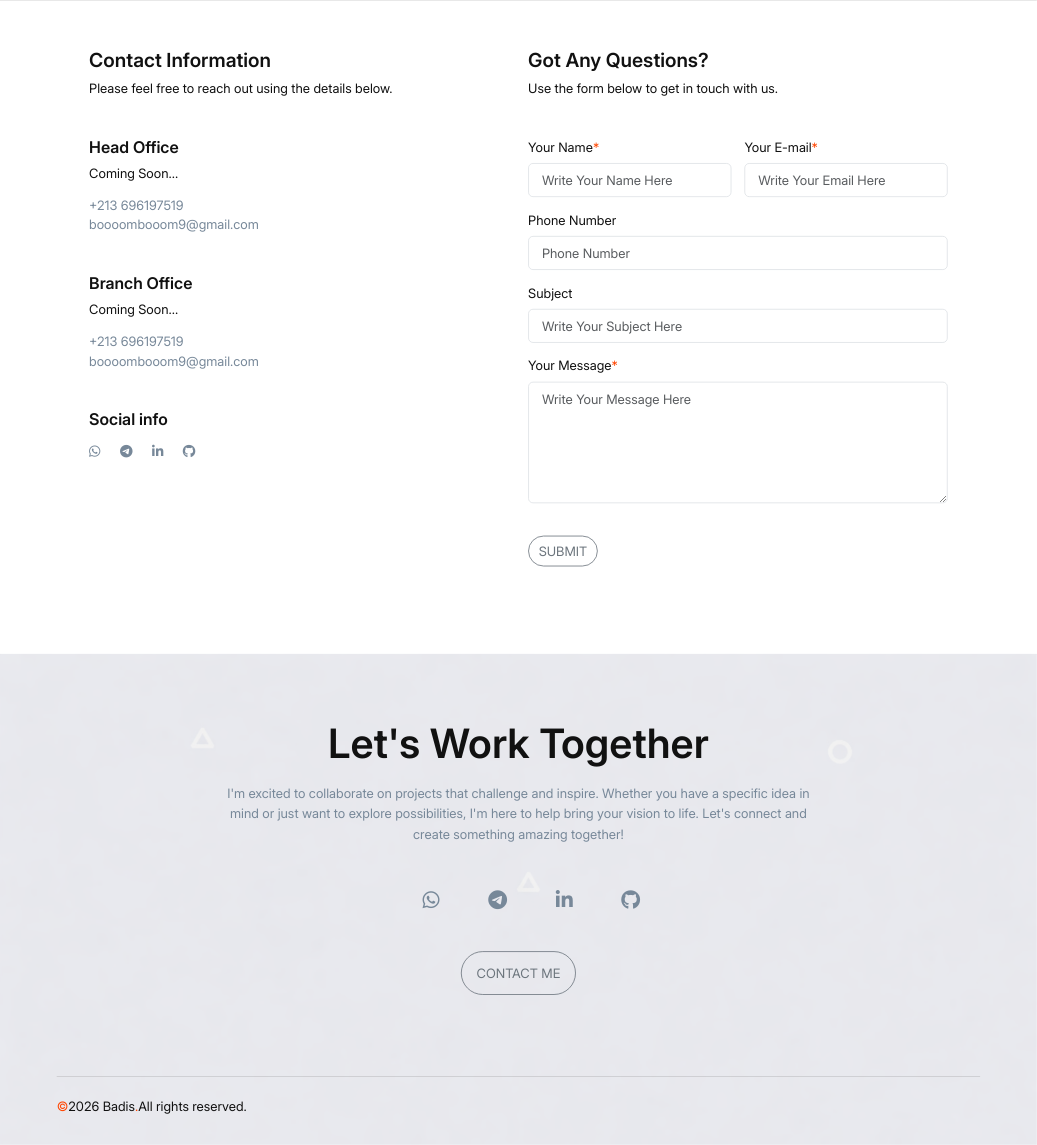
Repository: Badi-77/Portfolio
Page: Contact.html
An editor plug-in stored every save of this project. The page is shown before and after a run of saves, followed by the edit.
The browser window is 1280 px wide. The pictures show the part of the page from y = 504 to 1917 px (the page is 1917 px tall), at 81% of full size.

Above is the page before, as saved 2026-02-17 23:29:31.

### Contact.html
<!DOCTYPE html>
<html lang="en">
<head>
  <meta charset="UTF-8">
  <meta name="viewport" content="width=device-width, initial-scale=1.0">
  <title>Contact</title>
  <!-- google font -->
  <link rel="stylesheet" href="Font/Inter_font/stylesheet.css">
  <link rel="stylesheet" href="Font/Tajawal/stylesheet.css">
  <!-- Font Awesome -->
  <link rel="stylesheet" href="Css/all.min.css">
  <!-- Normalize -->
  <link rel="stylesheet" href="Css/normalize.css">
  <!-- bootstrap -->
  <link rel="stylesheet" href="Bootstrap/bootstrap/css/bootstrap.min.css">
  <!-- web icon -->
  <link rel="icon" href="Img/icon.png">
  <!-- Portfolio CSS -->
  <link rel="stylesheet" href="Css/portfolio.css">
</head>
<body>

<div class="main-content">
  <!-- Navbar -->
  <nav class="navbar navbar-expand-lg">
          <div class="container-fluid">
            <!-- Brand -->
            <a class="navbar-brand" href="#"><h1><span id="logo-B" ><img src="Img/logo-B.png" alt="LOGO"></span>adis<span class="circle"></span></h1></a>

            <!-- Toggler (hamburger icon for mobile) -->
            <button class="navbar-toggler" type="button" data-bs-toggle="collapse" data-bs-target="#navbarNav"
              aria-controls="navbarNav" aria-expanded="false" aria-label="Toggle navigation">
              <span class="navbar-toggler-icon"></span>
            </button>

            <!-- Navbar links -->
            <div class="collapse navbar-collapse" id="navbarNav">
              <ul class="navbar-nav ms-auto">
                <li class="nav-item">
                  <a class="nav-link active" data-key="NavHome" aria-current="page" href="#">Home</a>
                </li>
                <li class="nav-item">
                  <a class="nav-link" data-key="NavAbout" href="#">About</a>
                </li>
                <div class="nav-item dropdown">
                  <a class="nav-link dropdown-toggle" data-bs-toggle="dropdown" role="button" data-key="NavSer" href="#">Services</a>
                  <div class="dropdown-menu m-0">
                    <a href="#" class="dropdown-item" data-key="web">Web Dev</a>
                    <a href="#" class="dropdown-item" data-key="net">Networking</a>
                    <a href="#" class="dropdown-item" data-key="cyber">CyberSecurity</a>
                    <a href="#" class="dropdown-item" data-key="auto">Automation</a>
                  </div>
                </div>
                <li class="nav-item">
                  <a class="nav-link" data-key="cont" href="#">ContactMe</a>
                </li>
                <li class="nav-item">
                  <button id="theme-toggle" class="theme-toggle-btn" aria-label="Toggle dark mode">
                    🌙
                  </button>
                </li>
                <!-- language btn -->
                <li class="nav-item">
                  <button class="switch-lang" id="lang-toggle">🌐 العربية</button>
                </li>
                <!-- language btn -->

                <!-- <li class="nav-item">
                  <a class="nav-link disabled" tabindex="-1" aria-disabled="true">Disabled</a>
                </li> -->
              </ul>
            </div>
          </div>
  </nav>
  <!-- End Navbar -->


  <!-- start hero -->
  <section id="hero">
    <div id="conta" class="row justify-content-center">
      <div class="col-md-12 text-center my-5 pt-5 fade-in-up">
        <div class="section-header text-center">
          <nav class="breadcrumb d-flex justify-content-center">
            <a href="portfolio.html" class="breadcrumb-item">Home</a>
            <span class="breadcrumb-item activ" aria-current="page">Contact</span>
          </nav>
          <h2 class="contact-title display-1 fw-bold">Our Contact</h2>
          <p class="text-center">Got a project in mind? <br> Let’s connect and bring your vision to life.</p>
        </div>
      </div>
    </div>
  </section>
  <!-- end hero -->

  <!-- start form -->
  <section id="contact-info" class="padding-medium pt-0">
    <div class="container">
      <div class="row flex-row-reverse">
        <div class="inquiry-item col-lg-6 mb-5">
          <h4 class="fw-bold">Got Any Questions?</h4>
          <p>Use the form below to get in touch with us.</p>
          <form id="contactForm" action="" method="post" class="form-group contact-form mt-5">
            <div class="form-input col-lg-12 d-flex justify-content-between mb-3">
              <div class="w-100 me-3">
                <label class="mb-2 fs-6 T">
                  Your Name<span style="color: var(--third-color);">*</span>
                </label>
                <input type="text" name="name" placeholder="Write Your Name Here" class="form-control shadow-none w-100 ps-3 py-2" required>
              </div>
              <div class="w-100">
                <label class="mb-2 fs-6 T">Your E-mail<span style="color: var(--third-color);">*</span></label>
                <input type="email" name="email" placeholder="Write Your Email Here" class="form-control shadow-none w-100 ps-3 py-2" required>
              </div>
            </div>
            <div class="col-lg-12 mb-3">
              <label class="mb-2 fs-6">Phone Number</label>
              <input type="number" name="phone" placeholder="Phone Number" class="form-control shadow-none w-100 ps-3 py-2">
            </div>
            <div class="col-lg-12 mb-3">
              <label class="mb-2 fs-6">Subject</label>
              <input type="text" name="subject" placeholder="Write Your Subject Here" class="form-control shadow-none w-100 ps-3 py-2">
            </div>
            <div class="col-lg-12 mb-3">
              <label class="mb-2 fs-6">Your Message<span style="color: var(--third-color);">*</span></label>
              <textarea name="message" placeholder="Write Your Message Here" class="form-control shadow-none w-100 ps-3 py-2" style="height: 150px;" required></textarea>
            </div>
            <div>
              <button class="btn btn-outline-secondary rounded-pill mt-4" type="submit" name="submit">SUBMIT</button>
            </div>
          </form>
        </div>
        <div class="contact-info col-lg-6 mb-5">
          <h4 class="fw-bold">Contact Information</h4>
          <p style="color">Please feel free to reach out using the details below.</p>
          <div class="page-content">
            <div class="col-md-6">
              <div class="content-box my-5">
                <h5 class="element-title fw-bold">Head Office</h5>
                <div class="content-address">
                  <p>Coming Soon...</p>
                </div>
                <div class="contact-number">
                  <a href="#">+213 696197519</a>
                </div>
                <div class="email-adress">
                  <p>
                    <a href="#">boooombooom9@gmail.com</a>
                  </p>
                </div>
              </div>
            </div>
            <div class="col-md-6">
              <div class="content-box my-5">
                <h5 class="element-title fw-bold">Branch Office</h5>
                <div class="content-address">
                  <p>Coming Soon...</p>
                </div>
                <div class="contact-number">
                  <a href="#">+213 696197519</a>
                </div>
                <div class="email-adress">
                  <p>
                    <a href="#">boooombooom9@gmail.com</a>
                  </p>
                </div>
              </div>
            </div>
            <div class="col-md-6">
              <div class="content-box my-5">
                <h5 class="elemnt-title fw-bold">Social info</h5>
                <div class="social-links">
                 <ul class="d-flex gap-4 list-unstyled my-3 links-s">
                    <li><a href="#"><i class="fa-brands fa-whatsapp"></i></a></li>
                    <li><a href="#"><i class="fa-brands fa-telegram-plane"></i></a></li>
                    <li><a href="#"><i class="fa-brands fa-linkedin-in"></i></a></li>
                    <li><a href="#"><i class="fa-brands fa-github"></i></a></li>
                  </ul>
                </div>
              </div>
            </div>
          </div>
        </div>
      </div>
    </div>
  </section>
  <!-- end form -->

  <!-- start footer -->
  <footer>
    <div class="container ">
      <div class="foot-content fade-in-up">
        <div class="foot-text">
          <h2 class="text-center fw-bolder" data-key="FooTitle">Let's Work Together</h2>
          <p class="text-center" data-key="FooSub">
            I'm excited to collaborate on projects that challenge and inspire. Whether you have a specific idea in mind or just want to explore possibilities, I'm here to help bring your vision to life. Let's connect and create something amazing together!
          </p>
        </div>
        <ul>
          <li><a href="#"><i class="fa-brands fa-whatsapp"></i></a></li>
          <li><a href="#"><i class="fa-brands fa-telegram-plane"></i></a></li>
          <li><a href="#"><i class="fa-brands fa-linkedin-in"></i></a></li>
          <li><a href="#"><i class="fa-brands fa-github"></i></a></li>
        </ul>
        <div class="contactMe-btn">
          <a href="#" class="btn btn-outline-secondary rounded-pill mt-4" role="button" id="contbtn">CONTACT ME</a>
        </div>
      </div>
      <div class="copy-right">
          <p class="text-lg-start mt-4"> <span style="color: var(--third-color);">&copy;</span>2026 Badis<span style="color: var(--third-color);">.</span>All rights reserved.</p>
      </div>
    </div>
  </footer>
  <!-- end footer -->
</div>

<script>
  console.log('hello');
</script>



</body>
<!-- Portfolio JS -->
<script src="JS/portfolio.js"></script>
<!-- Bootstrap JS -->
<script src="Bootstrap/bootstrap/js/bootstrap.bundle.min.js"></script>
</html>

### Font/Inter_font/stylesheet.css
@font-face {
    font-family: 'Inter 24pt';
    src: url('Inter24pt-MediumItalic.woff2') format('woff2'),
        url('Inter24pt-MediumItalic.woff') format('woff');
    font-weight: 500;
    font-style: italic;
    font-display: swap;
}

@font-face {
    font-family: 'Inter 24pt';
    src: url('Inter24pt-SemiBold.woff2') format('woff2'),
        url('Inter24pt-SemiBold.woff') format('woff');
    font-weight: 600;
    font-style: normal;
    font-display: swap;
}

@font-face {
    font-family: 'Inter 24pt';
    src: url('Inter24pt-Regular.woff2') format('woff2'),
        url('Inter24pt-Regular.woff') format('woff');
    font-weight: normal;
    font-style: normal;
    font-display: swap;
}

@font-face {
    font-family: 'Inter 24pt';
    src: url('Inter24pt-SemiBoldItalic.woff2') format('woff2'),
        url('Inter24pt-SemiBoldItalic.woff') format('woff');
    font-weight: 600;
    font-style: italic;
    font-display: swap;
}

@font-face {
    font-family: 'Inter 24pt';
    src: url('Inter24pt-ThinItalic.woff2') format('woff2'),
        url('Inter24pt-ThinItalic.woff') format('woff');
    font-weight: 100;
    font-style: italic;
    font-display: swap;
}

@font-face {
    font-family: 'Inter 24pt';
    src: url('Inter24pt-Thin.woff2') format('woff2'),
        url('Inter24pt-Thin.woff') format('woff');
    font-weight: 100;
    font-style: normal;
    font-display: swap;
}

@font-face {
    font-family: 'Inter 28pt';
    src: url('Inter28pt-Black.woff2') format('woff2'),
        url('Inter28pt-Black.woff') format('woff');
    font-weight: 900;
    font-style: normal;
    font-display: swap;
}

@font-face {
    font-family: 'Inter 28pt';
    src: url('Inter28pt-BlackItalic.woff2') format('woff2'),
        url('Inter28pt-BlackItalic.woff') format('woff');
    font-weight: 900;
    font-style: italic;
    font-display: swap;
}

@font-face {
    font-family: 'Inter 28pt';
    src: url('Inter28pt-Bold.woff2') format('woff2'),
        url('Inter28pt-Bold.woff') format('woff');
    font-weight: bold;
    font-style: normal;
    font-display: swap;
}

@font-face {
    font-family: 'Inter 28pt';
    src: url('Inter28pt-BoldItalic.woff2') format('woff2'),
        url('Inter28pt-BoldItalic.woff') format('woff');
    font-weight: bold;
    font-style: italic;
    font-display: swap;
}

@font-face {
    font-family: 'Inter 28pt';
    src: url('Inter28pt-ExtraBold.woff2') format('woff2'),
        url('Inter28pt-ExtraBold.woff') format('woff');
    font-weight: bold;
    font-style: normal;
    font-display: swap;
}

@font-face {
    font-family: 'Inter 28pt';
    src: url('Inter28pt-ExtraBoldItalic.woff2') format('woff2'),
        url('Inter28pt-ExtraBoldItalic.woff') format('woff');
    font-weight: bold;
    font-style: italic;
    font-display: swap;
}

@font-face {
    font-family: 'Inter 28pt';
    src: url('Inter28pt-ExtraLight.woff2') format('woff2'),
        url('Inter28pt-ExtraLight.woff') format('woff');
    font-weight: 200;
    font-style: normal;
    font-display: swap;
}

@font-face {
    font-family: 'Inter 28pt';
    src: url('Inter28pt-ExtraLightItalic.woff2') format('woff2'),
        url('Inter28pt-ExtraLightItalic.woff') format('woff');
    font-weight: 200;
    font-style: italic;
    font-display: swap;
}

@font-face {
    font-family: 'Inter 28pt';
    src: url('Inter28pt-Italic.woff2') format('woff2'),
        url('Inter28pt-Italic.woff') format('woff');
    font-weight: normal;
    font-style: italic;
    font-display: swap;
}

@font-face {
    font-family: 'Inter 28pt';
    src: url('Inter28pt-Light.woff2') format('woff2'),
        url('Inter28pt-Light.woff') format('woff');
    font-weight: 300;
    font-style: normal;
    font-display: swap;
}

@font-face {
    font-family: 'Inter 28pt';
    src: url('Inter28pt-LightItalic.woff2') format('woff2'),
        url('Inter28pt-LightItalic.woff') format('woff');
    font-weight: 300;
    font-style: italic;
    font-display: swap;
}

@font-face {
    font-family: 'Inter 28pt';
    src: url('Inter28pt-Medium.woff2') format('woff2'),
        url('Inter28pt-Medium.woff') format('woff');
    font-weight: 500;
    font-style: normal;
    font-display: swap;
}

@font-face {
    font-family: 'Inter 28pt';
    src: url('Inter28pt-MediumItalic.woff2') format('woff2'),
        url('Inter28pt-MediumItalic.woff') format('woff');
    font-weight: 500;
    font-style: italic;
    font-display: swap;
}

@font-face {
    font-family: 'Inter 28pt';
    src: url('Inter28pt-Regular.woff2') format('woff2'),
        url('Inter28pt-Regular.woff') format('woff');
    font-weight: normal;
    font-style: normal;
    font-display: swap;
}

@font-face {
    font-family: 'Inter 28pt';
    src: url('Inter28pt-SemiBold.woff2') format('woff2'),
        url('Inter28pt-SemiBold.woff') format('woff');
    font-weight: 600;
    font-style: normal;
    font-display: swap;
}

@font-face {
    font-family: 'Inter 28pt';
    src: url('Inter28pt-SemiBoldItalic.woff2') format('woff2'),
        url('Inter28pt-SemiBoldItalic.woff') format('woff');
    font-weight: 600;
    font-style: italic;
    font-display: swap;
}

@font-face {
    font-family: 'Inter 28pt';
    src: url('Inter28pt-ThinItalic.woff2') format('woff2'),
        url('Inter28pt-ThinItalic.woff') format('woff');
    font-weight: 100;
    font-style: italic;
    font-display: swap;
}

@font-face {
    font-family: 'Inter 28pt';
    src: url('Inter28pt-Thin.woff2') format('woff2'),
        url('Inter28pt-Thin.woff') format('woff');
    font-weight: 100;
    font-style: normal;
    font-display: swap;
}

### Font/Tajawal/stylesheet.css
@font-face {
    font-family: 'Tajawal';
    src: url('Tajawal-Black.woff2') format('woff2'),
        url('Tajawal-Black.woff') format('woff');
    font-weight: 900;
    font-style: normal;
    font-display: swap;
}

@font-face {
    font-family: 'Tajawal';
    src: url('Tajawal-ExtraBold.woff2') format('woff2'),
        url('Tajawal-ExtraBold.woff') format('woff');
    font-weight: bold;
    font-style: normal;
    font-display: swap;
}

@font-face {
    font-family: 'Tajawal';
    src: url('Tajawal-Bold.woff2') format('woff2'),
        url('Tajawal-Bold.woff') format('woff');
    font-weight: bold;
    font-style: normal;
    font-display: swap;
}

@font-face {
    font-family: 'Tajawal';
    src: url('Tajawal-ExtraLight.woff2') format('woff2'),
        url('Tajawal-ExtraLight.woff') format('woff');
    font-weight: 200;
    font-style: normal;
    font-display: swap;
}

@font-face {
    font-family: 'Tajawal';
    src: url('Tajawal-Medium.woff2') format('woff2'),
        url('Tajawal-Medium.woff') format('woff');
    font-weight: 500;
    font-style: normal;
    font-display: swap;
}

@font-face {
    font-family: 'Tajawal';
    src: url('Tajawal-Light.woff2') format('woff2'),
        url('Tajawal-Light.woff') format('woff');
    font-weight: 300;
    font-style: normal;
    font-display: swap;
}

@font-face {
    font-family: 'Tajawal';
    src: url('Tajawal-Regular.woff2') format('woff2'),
        url('Tajawal-Regular.woff') format('woff');
    font-weight: normal;
    font-style: normal;
    font-display: swap;
}

Loaded but not shown: Css/all.min.css (library); Css/normalize.css (library); Bootstrap/bootstrap/css/bootstrap.min.css (library); Bootstrap/bootstrap/js/bootstrap.bundle.min.js (library); JS/portfolio.js (358 lines, source omitted); Css/portfolio.css (946 lines, source omitted)

After the next 3 saves:
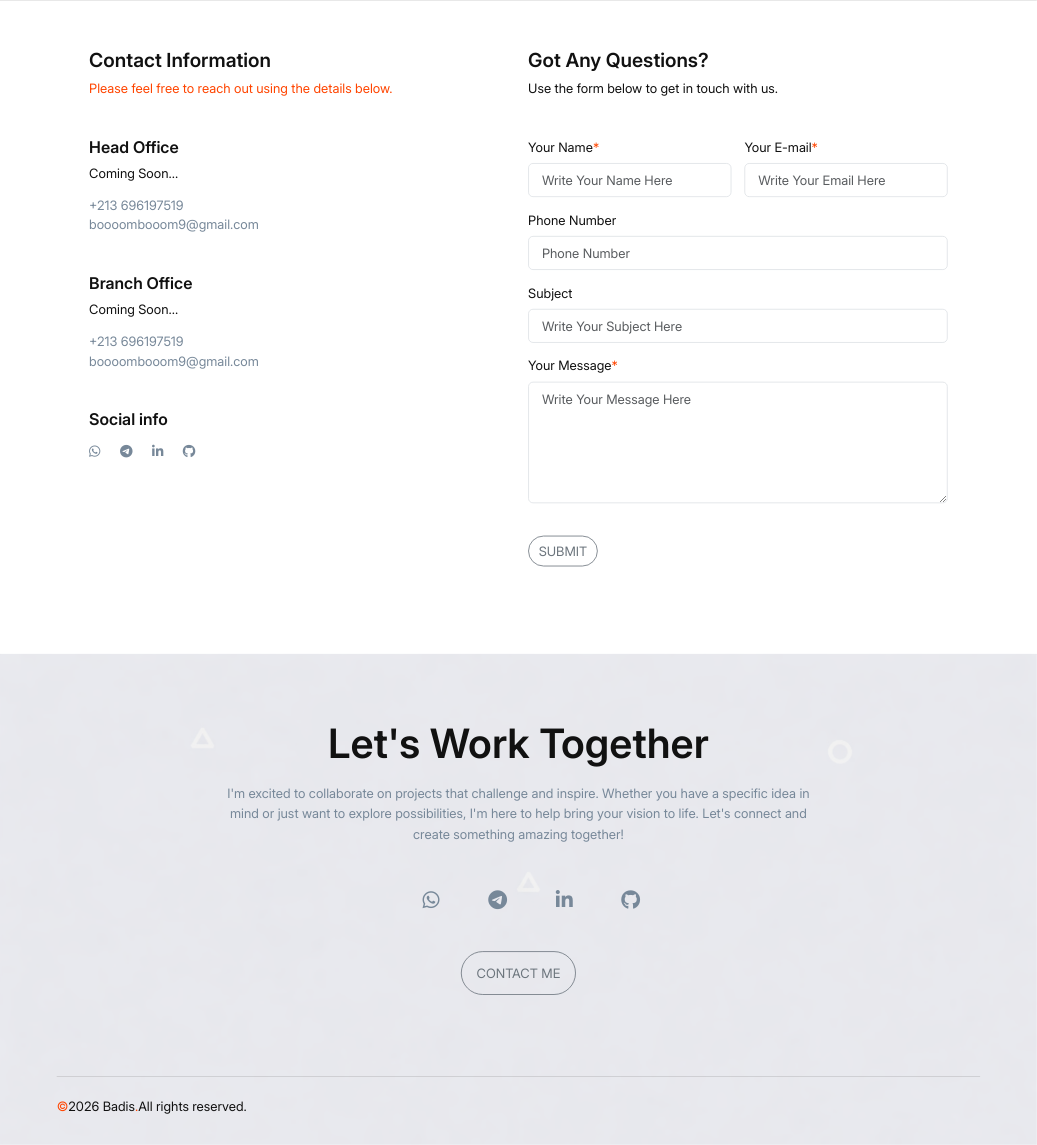
The 3 saves are shown as one change because they came seconds apart.
The last was saved 9 s later.
--- a/Contact.html
+++ b/Contact.html
@@ -131,7 +131,7 @@
         </div>
         <div class="contact-info col-lg-6 mb-5">
           <h4 class="fw-bold">Contact Information</h4>
-          <p style="color">Please feel free to reach out using the details below.</p>
+          <p style="color: var(--third-color);">Please feel free to reach out using the details below.</p>
           <div class="page-content">
             <div class="col-md-6">
               <div class="content-box my-5">

After the 2 saves that followed:
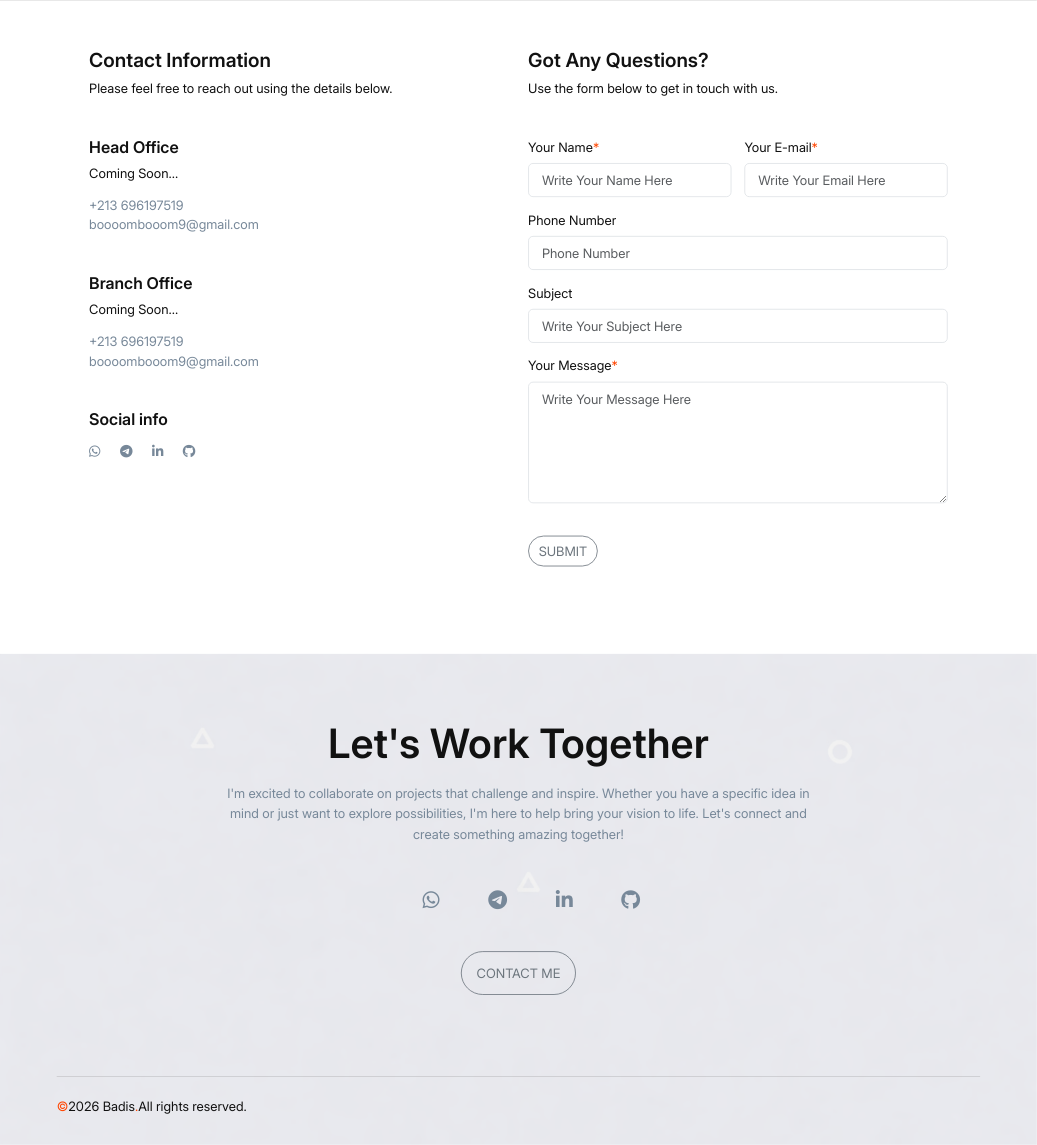
The 2 saves are shown as one change because they came seconds apart.
The last was saved 10 s later.
--- a/Contact.html
+++ b/Contact.html
@@ -131,7 +131,7 @@
         </div>
         <div class="contact-info col-lg-6 mb-5">
           <h4 class="fw-bold">Contact Information</h4>
-          <p style="color: var(--third-color);">Please feel free to reach out using the details below.</p>
+          <p style="color: var(--);">Please feel free to reach out using the details below.</p>
           <div class="page-content">
             <div class="col-md-6">
               <div class="content-box my-5">
